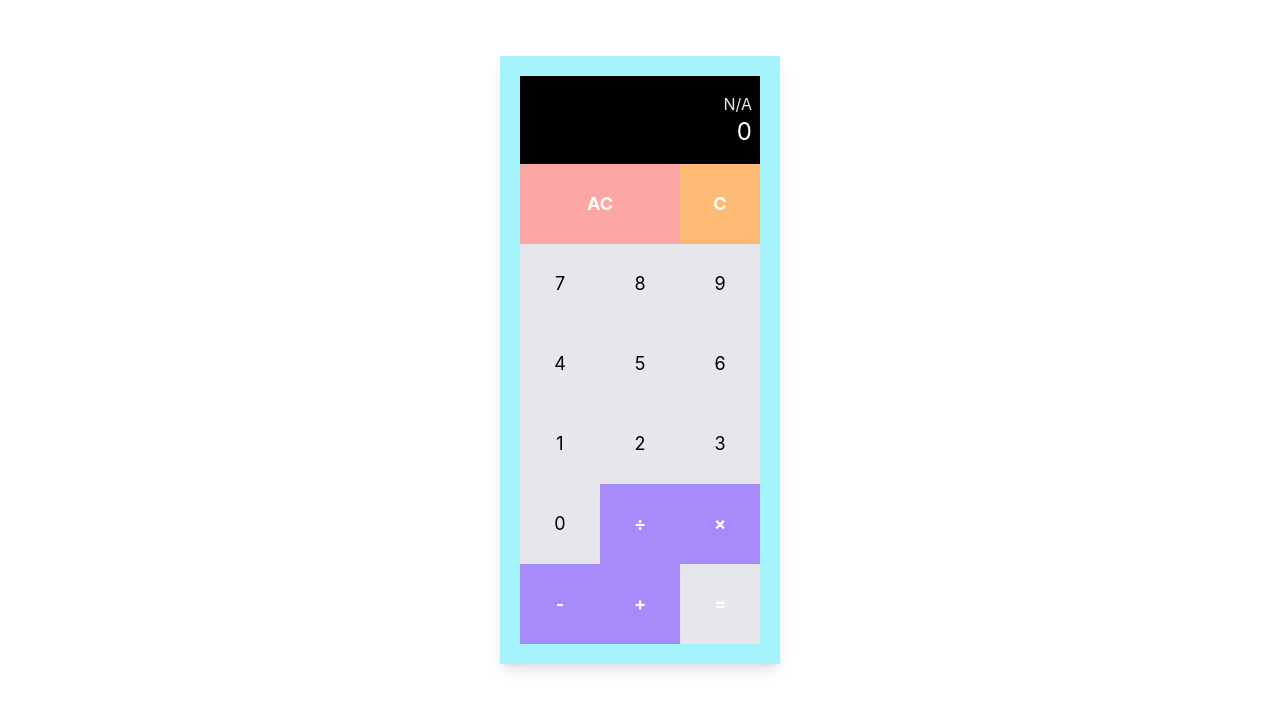
Repository: BrianPhamDev/calculator_app
Page: /
These files come from the project's save history. The page is drawn as it stood at one moment and after the next save; the edit follows.
The browser window is 1280 px wide. The pictures show the whole page.
The project was rebuilt for these pictures with package versions that can differ from the ones it lists, and the page was loaded fresh each time. Also part of the build but not shown: vite.config.js.

Above is the page before, as saved 2024-01-09 14:50:34.

After the next save:
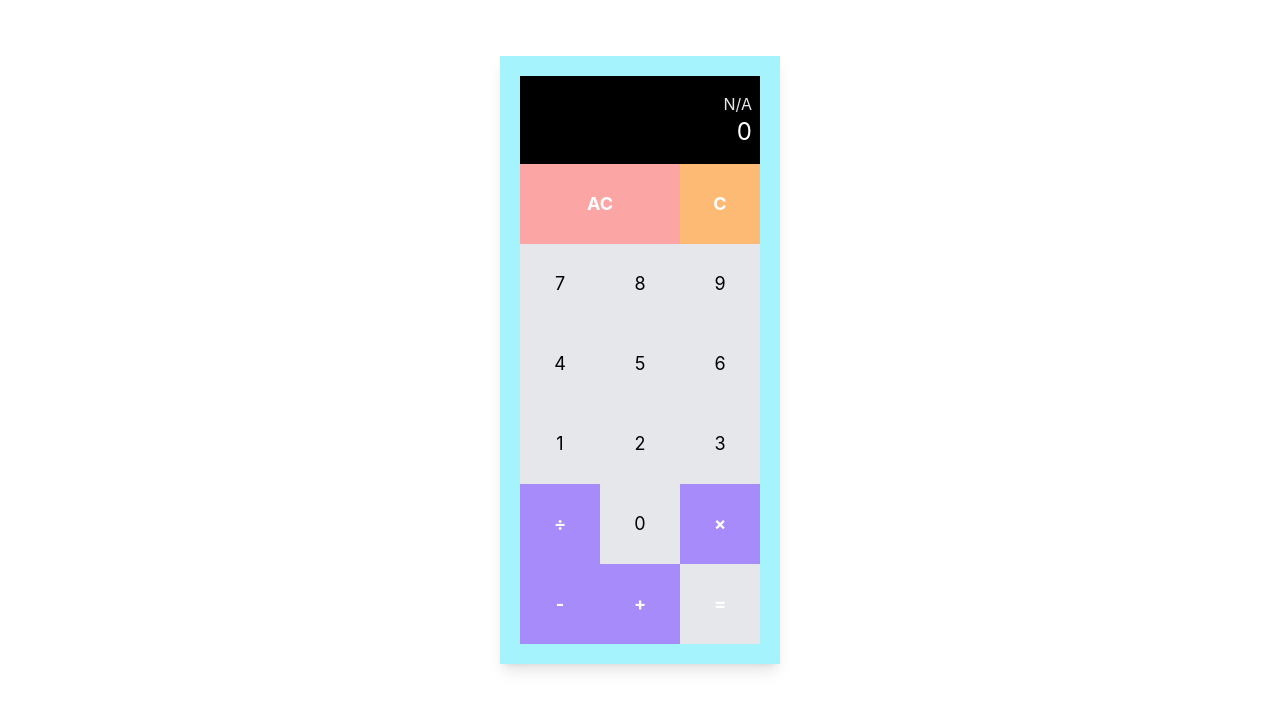
Saved 24 s later.
--- a/src/globals/calculator-button-data.js
+++ b/src/globals/calculator-button-data.js
@@ -67,17 +67,18 @@ export const calculatorButtons = [
     text: 3,
     value: 3,
   },
+
+  {
+    type: "operator",
+    className: "divide",
+    text: "\u00f7",
+    value: "Divide",
+  },
   {
     type: "number",
     className: "zero",
     text: 0,
     value: 0,
-  },
-  {
-    type: "operator",
-    className: "divide",
-    text: "\u00f7",
-    value: "Divide",
   },
   {
     type: "operator",
